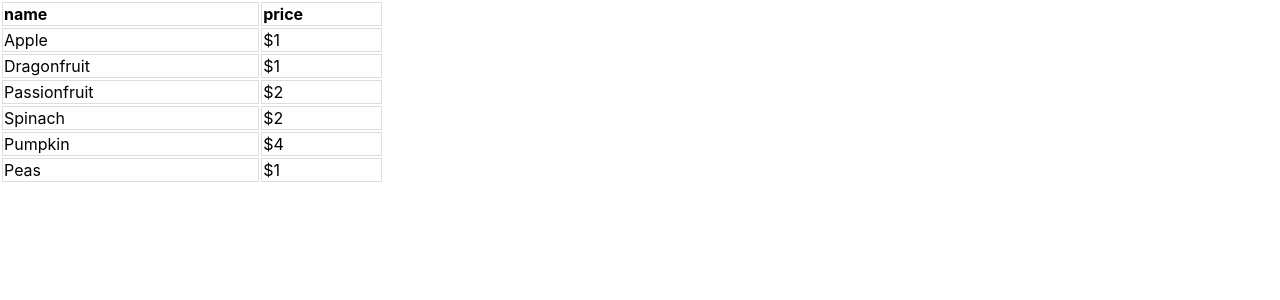
Repository: mariocapitbrok/reactjs-learn
Page: / (app in 05_filtered-data-table/)
An editor plug-in stored every save of this project. The page is shown before and after the next save, followed by the edit.
The browser window is 1280 px wide. The pictures show the whole page.
The project was rebuilt for these pictures with package versions that can differ from the ones it lists, and the page was loaded fresh each time.

Above is the page before, as saved 2023-02-25 23:11:51.

### 05_filtered-data-table/src/App.js
import Table from './components/Table'
import styled from 'styled-components'
import './App.css'

function App() {
  return (
    <div className="App">
      <StyledTable />
    </div>
  )
}

export default App

const StyledTable = styled(Table).attrs(props => ({
  data: data,
}))``

const PRODUCTS = [
  { category: 'Fruits', price: '$1', stocked: true, name: 'Apple' },
  { category: 'Fruits', price: '$1', stocked: true, name: 'Dragonfruit' },
  { category: 'Fruits', price: '$2', stocked: false, name: 'Passionfruit' },
  { category: 'Vegetables', price: '$2', stocked: true, name: 'Spinach' },
  { category: 'Vegetables', price: '$4', stocked: false, name: 'Pumpkin' },
  { category: 'Vegetables', price: '$1', stocked: true, name: 'Peas' },
]

const data = PRODUCTS.map(p => ({
  name: p.name,
  price: p.price,
}))

### 05_filtered-data-table/src/components/Table.jsx
import styled from 'styled-components'
import '../App.css'

function Table({ data }) {
  const tableHeaders = createTableHeaders(data)

  const tableRows = createTableRows(data)

  return (
    <StyledTable>
      <StyledTableHead>{tableHeaders}</StyledTableHead>
      <StyledTableBody>{tableRows}</StyledTableBody>
    </StyledTable>
  )
}

export default Table

const StyledTable = styled.table.attrs(props => ({
  id: 'products',
}))``
const StyledTableHead = styled.thead.attrs(props => ({}))``
const StyledTableBody = styled.tbody.attrs(props => ({}))``
const StyledTableRow = styled.tr.attrs(props => ({}))``
const StyledTableHeader = styled.th.attrs(props => ({}))``
const StyledTableData = styled.td.attrs(props => ({}))``

function createTableHeaders(data) {
  const keys = Object.keys(data[0])
  const headerCells = keys.map(key => (
    <StyledTableHeader key={key}>{key}</StyledTableHeader>
  ))

  return <StyledTableRow>{headerCells}</StyledTableRow>
}

function createTableRows(data) {
  return data.map(row => {
    const cells = Object.entries(row).map(([key, value]) => (
      <StyledTableData key={row.id ? `${row.id}-${key}` : createUniqueId()}>
        {value}
      </StyledTableData>
    ))
    return (
      <StyledTableRow key={row.id || createUniqueId()}>{cells}</StyledTableRow>
    )
  })
}

function createUniqueId() {
  const randomStr = Math.random().toString(36).slice(2, 11)
  return `${randomStr}`
}

### 05_filtered-data-table/src/App.css

/* Table*/
#products {
  width: 30%;
  min-width: 200px;
}

#products th {
  text-align: left;
}

#products th, #products td {
  border: 1px solid #ddd;
}

.money-data {
  text-align: right;
}

Loaded but not shown: 05_filtered-data-table/public/index.html (common file); 05_filtered-data-table/src/index.js (common file); 05_filtered-data-table/src/index.css (common file); 05_filtered-data-table/src/reportWebVitals.js (common file)

After the next save:
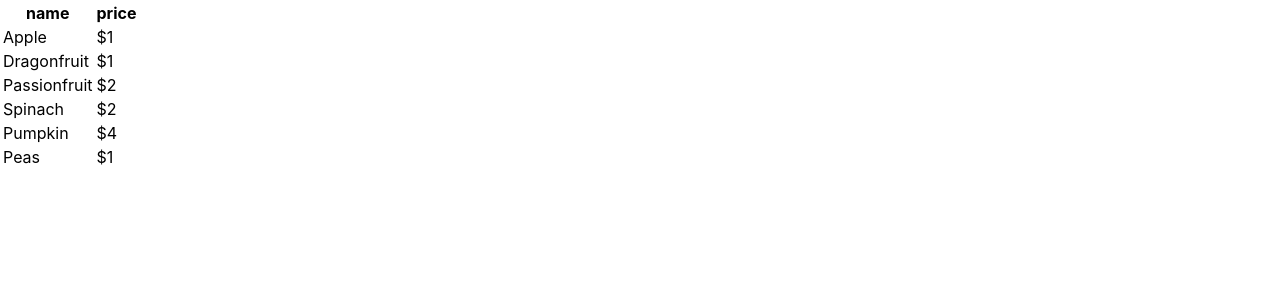
Saved 4 min 52 s later.
--- a/05_filtered-data-table/src/components/Table.jsx
+++ b/05_filtered-data-table/src/components/Table.jsx
@@ -7,10 +7,10 @@ function Table({ data }) {
   const tableRows = createTableRows(data)
 
   return (
-    <StyledTable>
-      <StyledTableHead>{tableHeaders}</StyledTableHead>
-      <StyledTableBody>{tableRows}</StyledTableBody>
-    </StyledTable>
+    <table>
+      <thead>{tableHeaders}</thead>
+      <tbody>{tableRows}</tbody>
+    </table>
   )
 }
 
